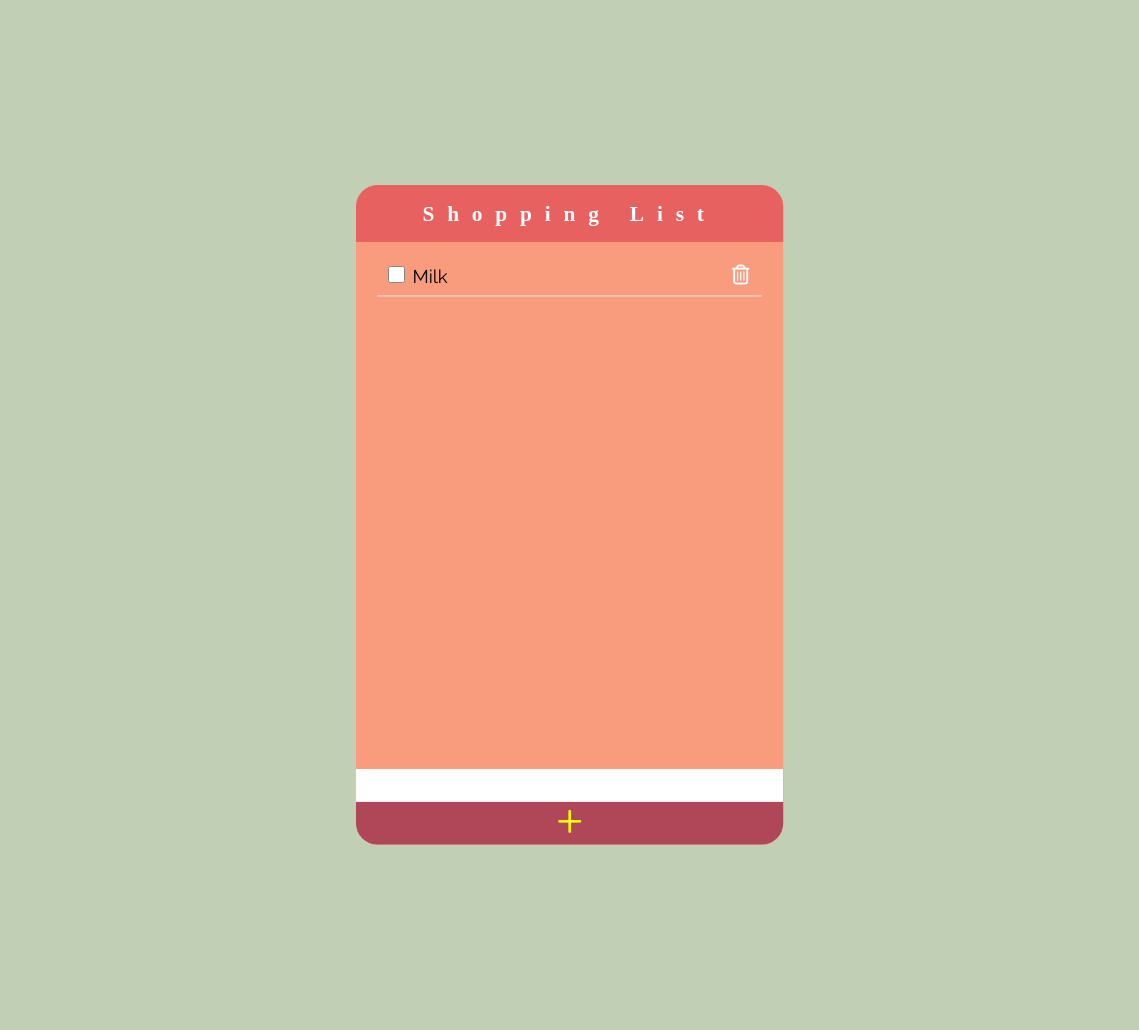
Repository: sephinejo/shopping-list-app
Page: index.html
The author's editor kept a copy of each file at every save. The page is drawn from the files as they stood at one save, then again after the next save.
The browser window is 1280 px wide. The pictures show the whole page, at 89% of full size.
Some web fonts or font styles are not loaded; a fallback is used. Some web libraries are served in a nearby version.

Above is the page before, as saved 2023-05-12 16:16:16.

### index.html
<!DOCTYPE html>
<html lang="en">
  <head>
    <meta charset="UTF-8" />
    <meta http-equiv="X-UA-Compatible" content="IE=edge" />
    <meta name="viewport" content="width=device-width, initial-scale=1.0" />
    <title>Shopping List 🛍️🛒</title>
    <link rel="preconnect" href="https://fonts.googleapis.com" />
    <link rel="preconnect" href="https://fonts.gstatic.com" crossorigin />
    <link
      href="https://fonts.googleapis.com/css2?family=Alice&family=Raleway:wght@400;600;700;800&family=Ubuntu&display=swap"
      rel="stylesheet"
    />
    <script
      src="https://kit.fontawesome.com/9ac80604cb.js"
      crossorigin="anonymous"
    ></script>
    <script src="main.js" defer></script>
    <link rel="stylesheet" href="style.css" />
  </head>
  <body>
    <section class="container">
      <header class="header">Shopping List</header>
      <ul class="items">
        <li class="item__row">
          <div class="item">
            <input
              class="item__checkbox"
              name="item__checkbox"
              type="checkbox"
            />
            <label for="item__checkbox">Milk</label>
          </div>
          <button class="item__delete">
            <i class="fa-regular fa-trash-can"></i>
          </button>
        </li>
        <div class="item__divider"></div>
      </ul>
      <footer>
        <input class="footer__input" type="text" />
        <button class="footer__add">
          <i class="fa-regular fa-plus"></i>
        </button>
      </footer>
    </section>
  </body>
</html>

### style.css
* {
  box-sizing: border-box;
}

body {
  text-align: center;
  background-color: #c1d0b5;
}

.container {
  margin: 13rem auto;
  width: 30rem;
  background-color: #f99b7d;
  border-radius: 1.5rem;
}

button {
  outline: none;
  background: transparent;
  border: none;
  cursor: pointer;
}

/* Header */
.header {
  height: 4rem;
  padding: 1.2rem;
  font-family: 'Alice';
  font-size: 1.5rem;
  font-weight: 700;
  color: white;
  letter-spacing: 0.9rem;
  background: #e76161;
  border-radius: 1.5rem 1.5rem 0 0;
}

/* Items */
.items {
  height: 35rem;
  overflow-y: auto;
  padding: 0;
}

.item__row {
  display: flex;
  justify-content: space-between;
  padding: 0.5rem 2rem;
  font-size: 1.3rem;
  font-family: 'Raleway';
  font-weight: 500;
}

.item__checkbox {
  width: 1.2rem;
  height: 1.2rem;
}

.item__divider {
  width: 90%;
  height: 1px;
  background-color: #eeeeee;
  margin: auto;
}

.item__delete {
  transition: all 300ms ease-in;
  font-size: 1.4rem;
  color: #ffffff;
}

.item__delete:hover {
  color: red;
  transform: scale(1.1);
}

/* Footer */
footer {
  background: #b04759;
  display: flex;
  flex-direction: column;
  border-radius: 0 0 1.5rem 1.5rem;
}

.footer__input {
  height: 2.3rem;
  border: none;
  outline: none;
  font-family: 'Ubuntu';
  font-size: 1.3rem;
  padding: 0 0.5rem;
}

.footer__add {
  height: 3rem;
  border-radius: 1rem;
  font-size: 2rem;
  color: yellow;
}

Loaded but not shown: main.js (no copy from this time; the picture is the same without it)

After the next save:
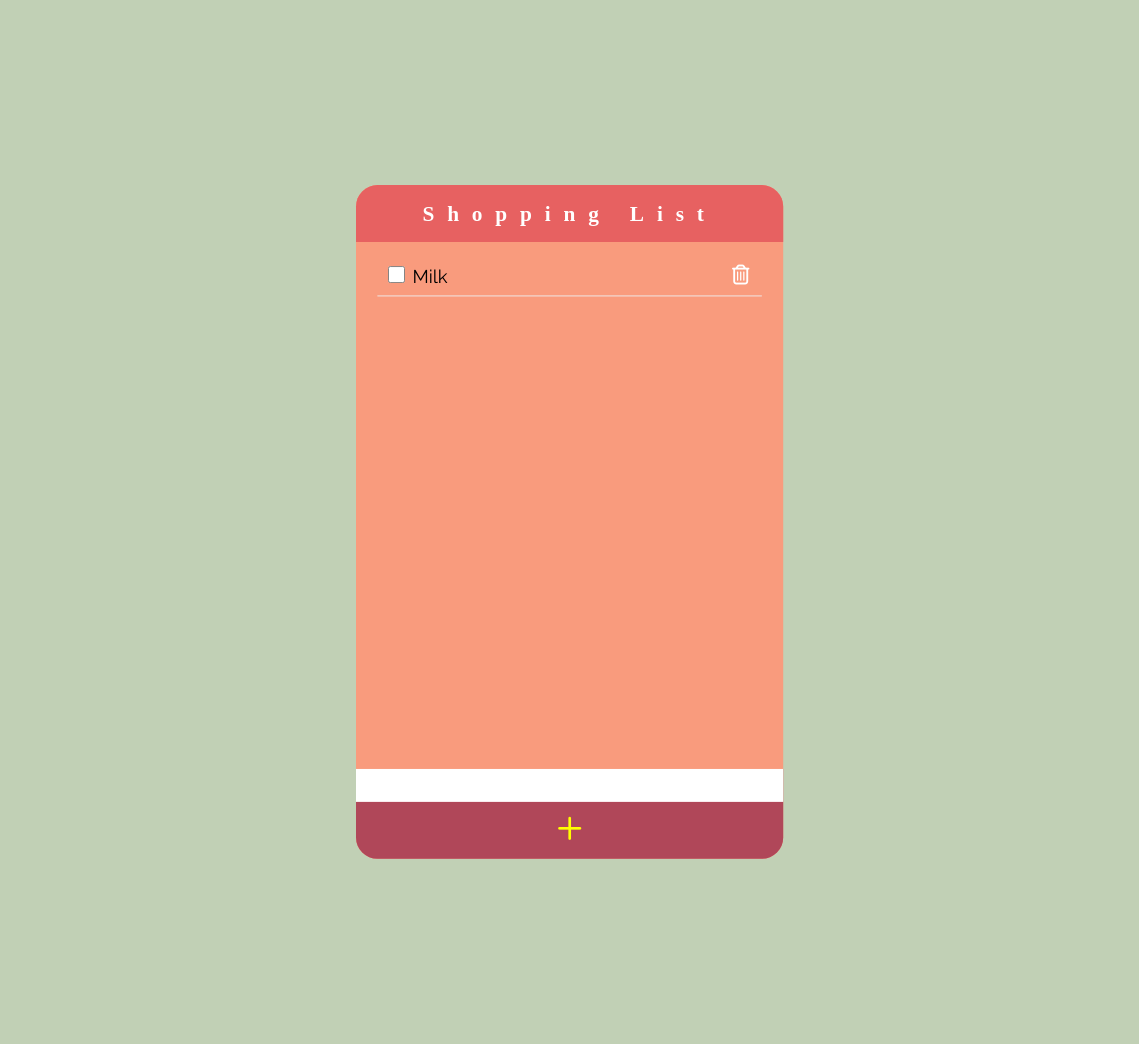
Saved 14 s later.
--- a/style.css
+++ b/style.css
@@ -91,7 +91,7 @@ footer {
 }
 
 .footer__add {
-  height: 3rem;
+  height: 4rem;
   border-radius: 1rem;
   font-size: 2rem;
   color: yellow;
